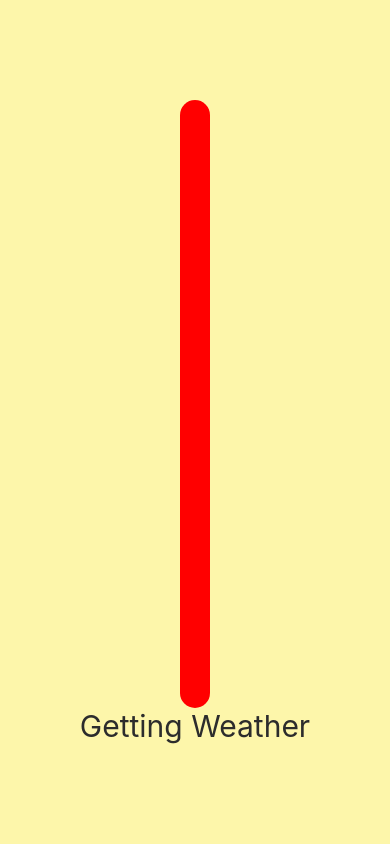
Repository: Exchallenger/Weather-app
Screen: /
These files come from the project's save history. The screen is drawn as it stood at one moment and after the next save; the edit follows.
The app was drawn by React Native's web renderer in a window 390 px wide. The project was rebuilt for these pictures with package versions that can differ from the ones it lists, and the page was loaded fresh each time. Also part of the build but not shown: weather.js.

Above is the screen before, as saved 2021-01-14 23:13:56.

After the next save:
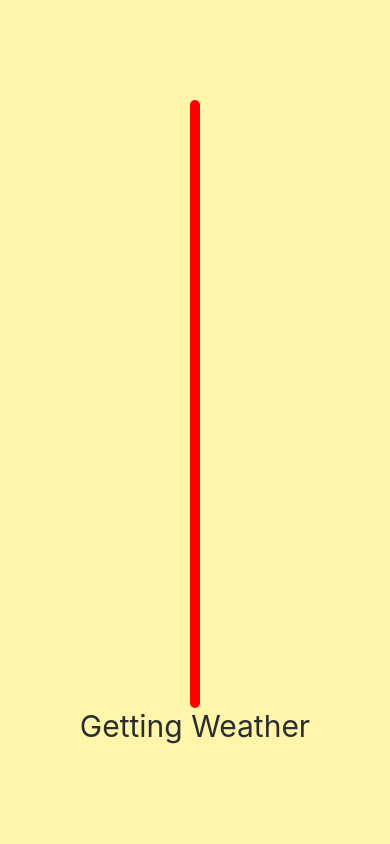
Saved 9 s later.
--- a/loading.js
+++ b/loading.js
@@ -27,7 +27,7 @@
         flex:1,
         justifyContent:"center",
         alignItems:"center",
-        width:30,
+        width:10,
         height:10,
         backgroundColor:'red',
         borderRadius:50,

After the save that followed:
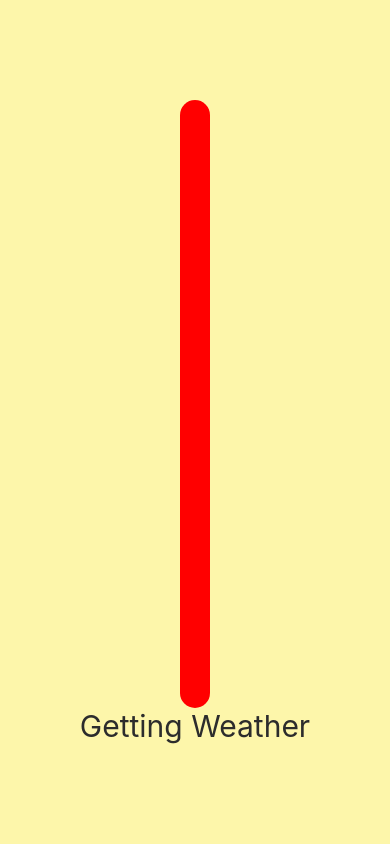
Saved 6 s later.
--- a/loading.js
+++ b/loading.js
@@ -27,7 +27,7 @@
         flex:1,
         justifyContent:"center",
         alignItems:"center",
-        width:10,
+        width:30,
         height:10,
         backgroundColor:'red',
         borderRadius:50,
